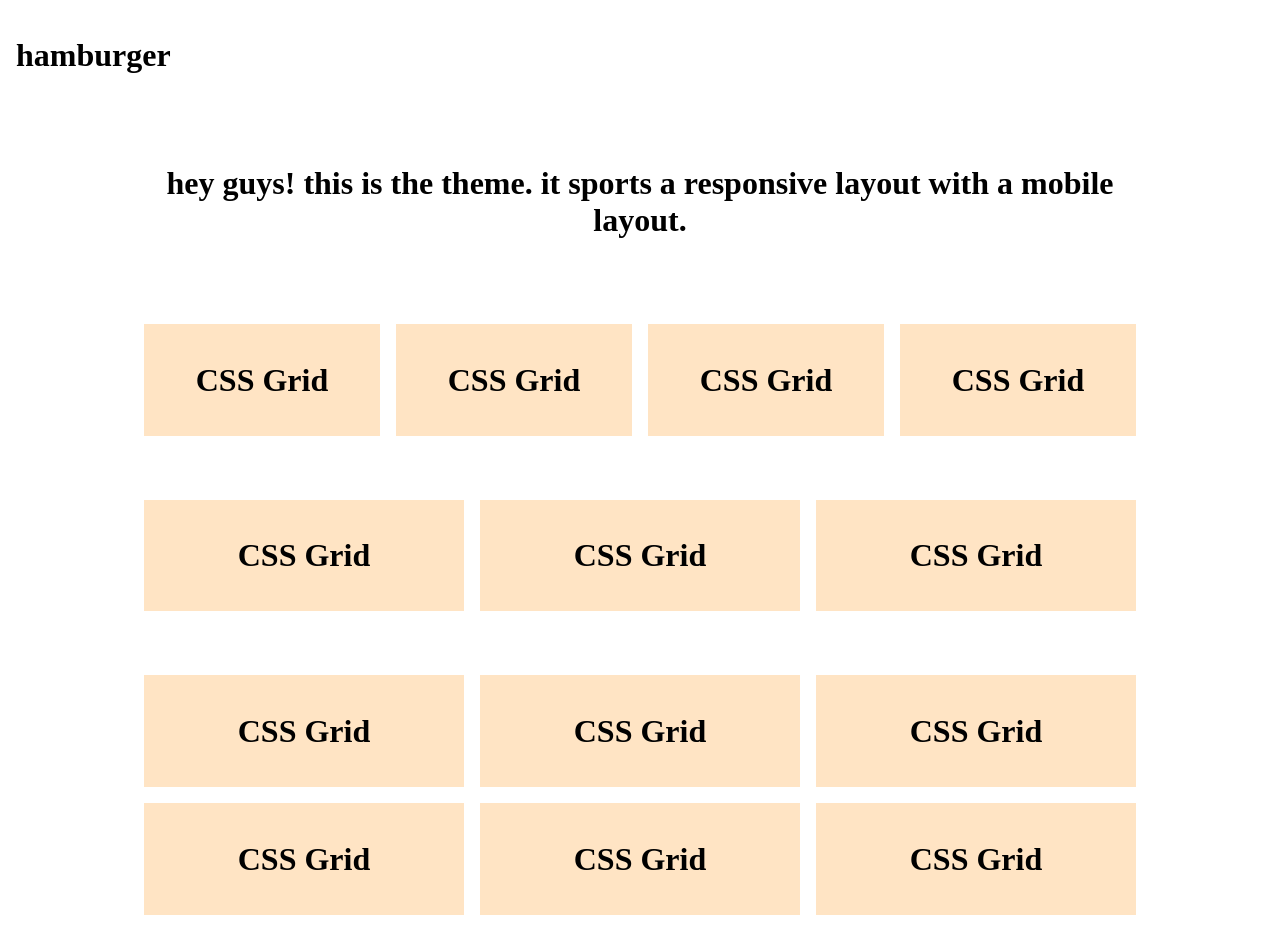
Repository: jjennbui/MDIA2003G-Assignment03B
Page: index.html
These files come from the project's save history. The page is drawn as it stood at one moment and after the next save; the edit follows.
The browser window is 1280 px wide. The pictures show the whole page.

Above is the page before, as saved 2023-01-24 20:26:53.

After the next save:
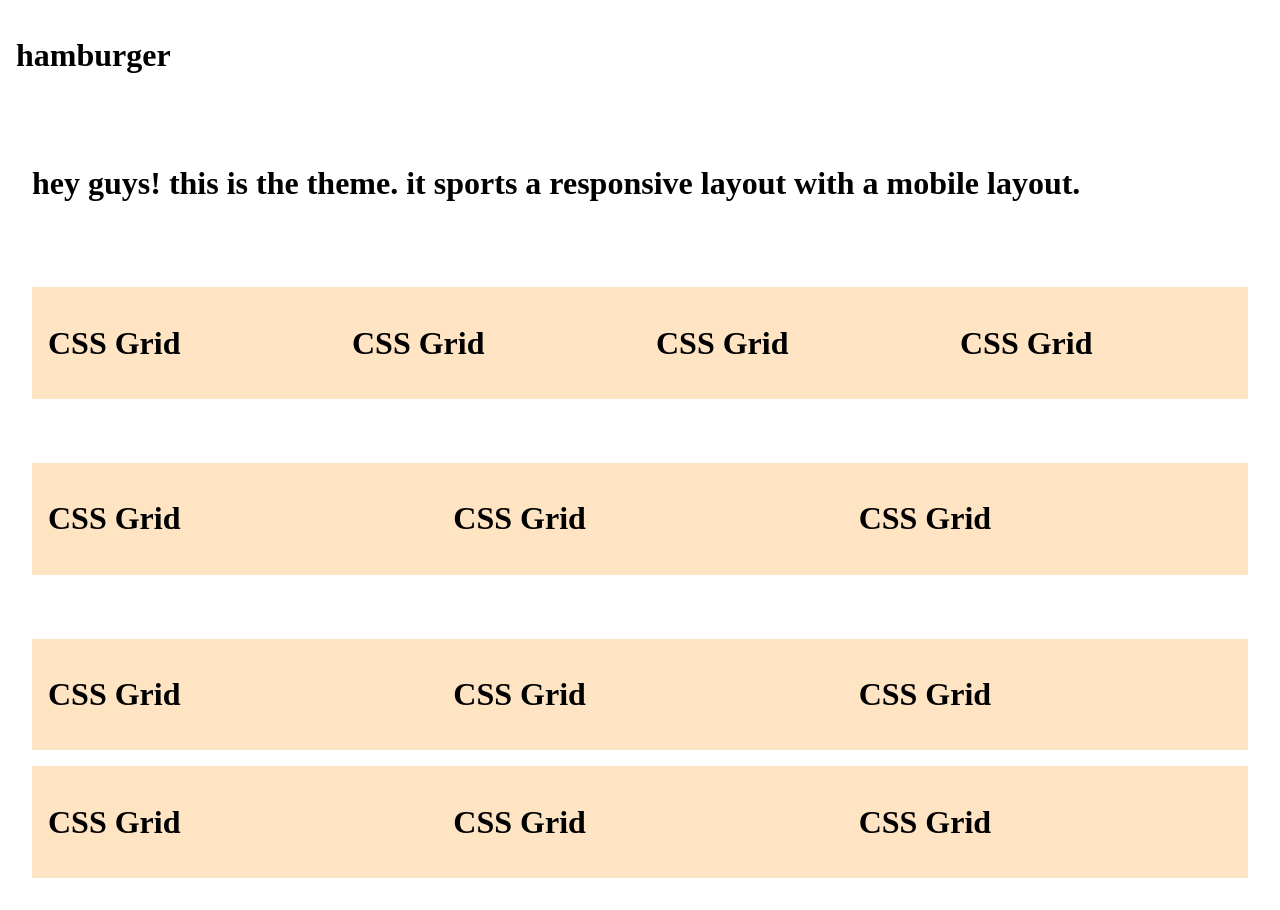
Saved 5 s later.
--- a/css/main.css
+++ b/css/main.css
@@ -51,6 +51,8 @@
 .column{
   background-color: bisque;
 }
+
+.ham
 
 .row{
   margin-left: 7rem;

After the 4 saves that followed:
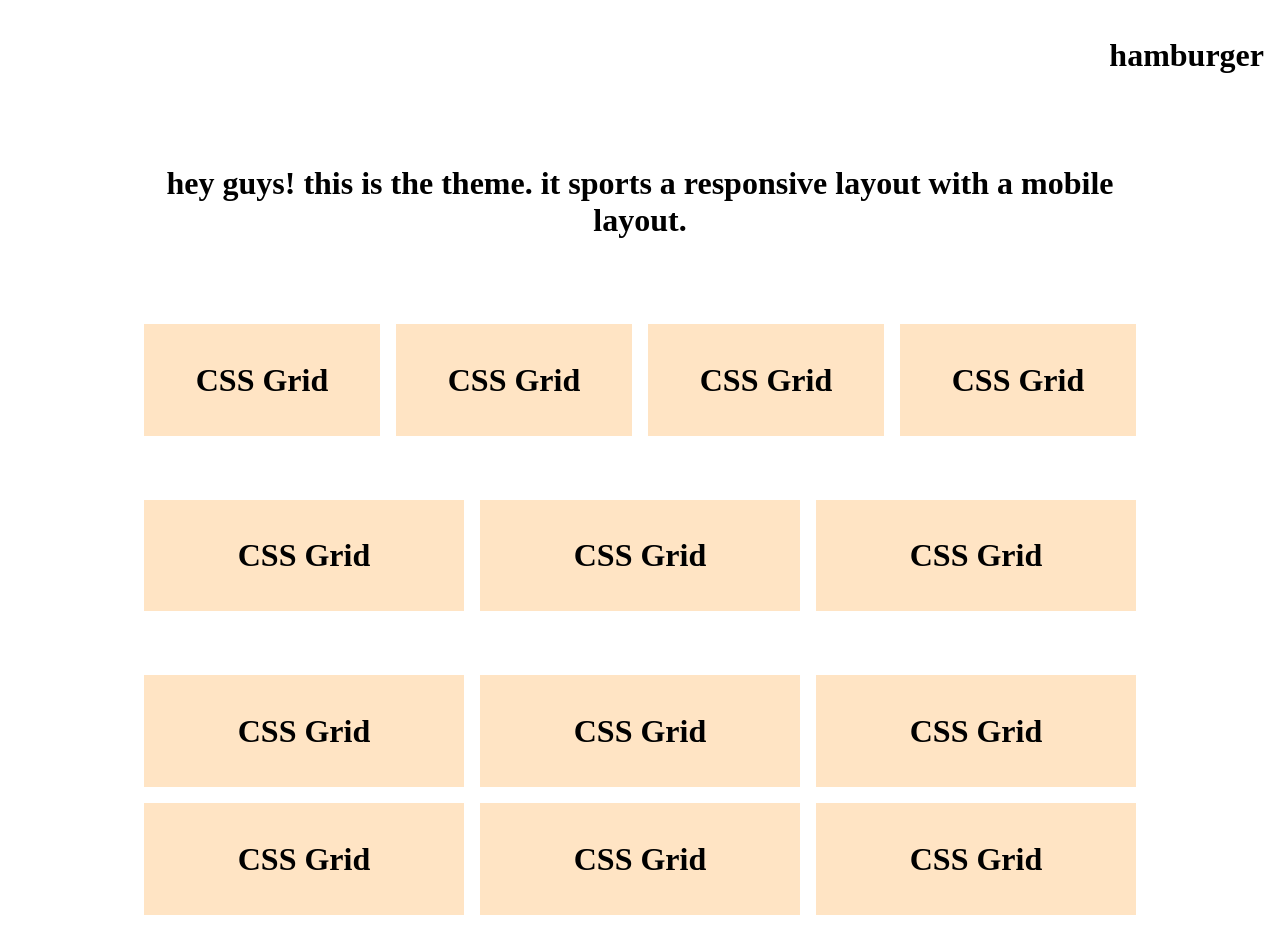
The 4 saves are shown as one change because they came seconds apart.
The last was saved 10 s later.
--- a/css/main.css
+++ b/css/main.css
@@ -52,7 +52,9 @@
   background-color: bisque;
 }
 
-.ham
+.hamburger{
+  text-align: end;
+}
 
 .row{
   margin-left: 7rem;
